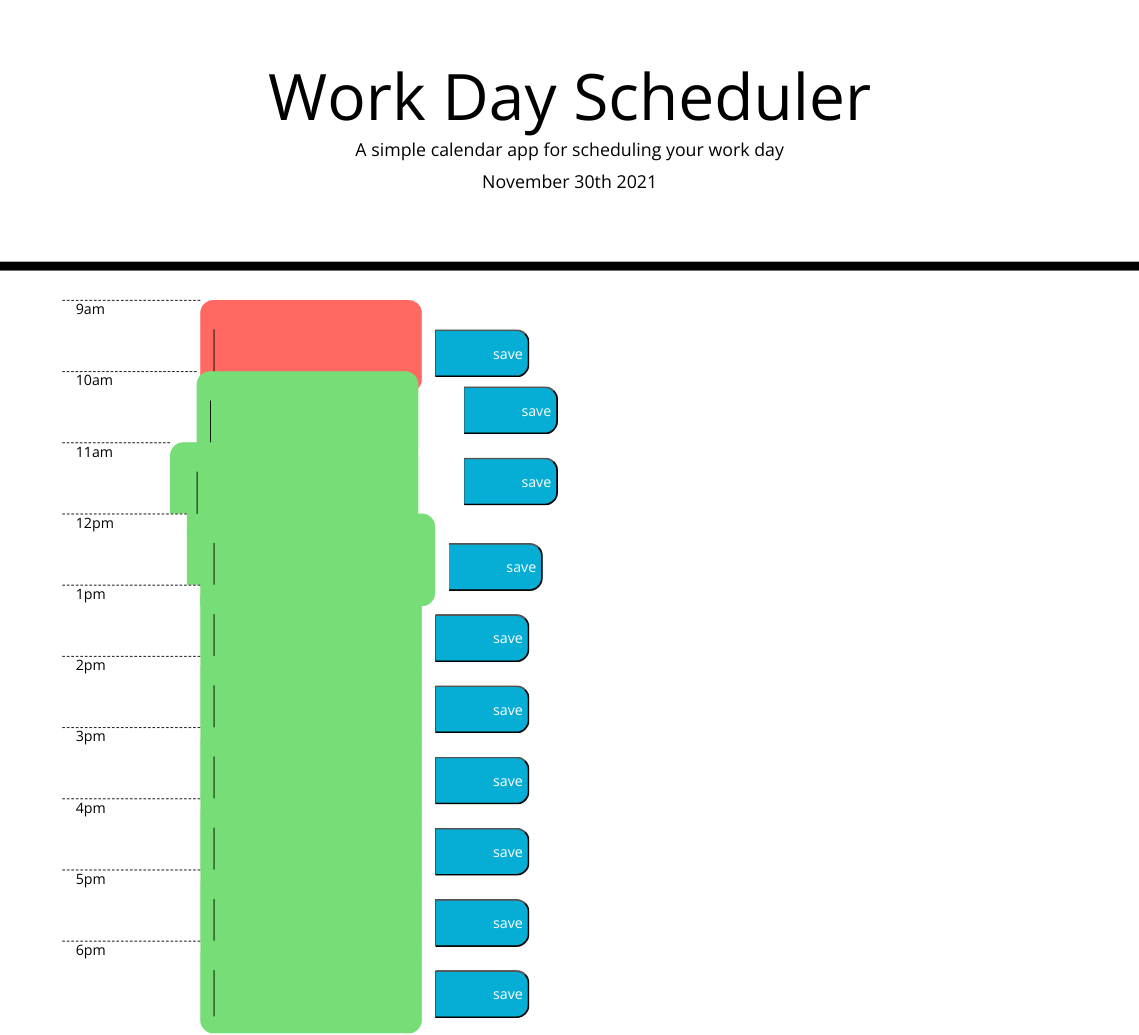
Repository: Naomilounsbury/work-day-scheduler
Page: index.html
These files come from the project's save history. The page is drawn as it stood at one moment and after the next save; the edit follows.
The browser window is 1280 px wide. The pictures show the whole page, at 89% of full size.
Some web libraries are served in a nearby version.

Above is the page before, as saved 2021-12-04 08:48:57.

### index.html
<!DOCTYPE html>
<html lang="en">
  <head>
    <meta charset="UTF-8" />
    <meta name="viewport" content="width=device-width, initial-scale=1.0" />
    <meta http-equiv="X-UA-Compatible" content="ie=edge" />
    <link
      rel="stylesheet"
      href="https://stackpath.bootstrapcdn.com/bootstrap/4.3.1/css/bootstrap.min.css"
    />
    <link
      rel="stylesheet"
      href="https://use.fontawesome.com/releases/v5.8.1/css/all.css"
      integrity="sha384-50oBUHEmvpQ+1lW4y57PTFmhCaXp0ML5d60M1M7uH2+nqUivzIebhndOJK28anvf"
      crossorigin="anonymous"
    />
    <link
      href="https://fonts.googleapis.com/css?family=Open+Sans&display=swap"
      rel="stylesheet"
    />
    <link rel="stylesheet" href="./assets/css/style.css" />
    <title>Work Day Scheduler</title>
  </head>

  <body>
    <header class="jumbotron">
      <h1 class="display-3">Work Day Scheduler</h1>
      <p class="lead">A simple calendar app for scheduling your work day</p>
      <p id="currentDay" class="lead"></p>
    </header>
    <div class="container">
      <!-- Timeblocks go here -->
      <table>
        <tr class="row ">
          <td class="hour col">9am</td>
          <td class="time-block col" id="9">
            <textarea id="btn9" type="text">

          </textarea>
          </td>
          <td class="col">
            <button class = "saveBtn" value="9" onclick=onSave(event)>
              save
            </button>
          </td>
        </tr>
        <tr class="row">
          <td class="hour col">10am</td>
          <td class="time-block col" id="10">
            <textarea id = "btn10">
            </textarea>
          </td>
          <td col>
            <button class = "saveBtn" value="10" onclick=onSave(event)>
              save
            </button>
          </td>
        </tr>
        <tr class="row">
          <td class="hour col">11am</td>
          <td class="time-block col-6" id="11">
            <textarea>
            </textarea>
          </td>
          <td col>
            <button class = "saveBtn" value="11" onclick=onSave(event)>
              save
            </button>
          </td>
        </tr>
        <tr class="row">
          <td class="hour col">12pm</td>
          <td class="time-block col-6" id="12">
            <textarea>
            </textarea>
          </td>
          <td class="col">
            <button class = "saveBtn" value="12" onclick=onSave(event)>
              save
            </button>
          </td>
        </tr>
        <tr class="row">
          <td class="hour col">1pm</td>
          <td class="time-block col" id="13">
            <textarea>
            </textarea>
          </td>
          <td class="col">
            <button class = "saveBtn" value="13" onclick=onSave(event)>
              save
            </button>
          </td>
        </tr>
        <tr class="row">
          <td class="hour col">2pm</td>
          <td class="time-block col" id="14">
            <textarea>
            </textarea>
          </td>
          <td class="col">
            <button class="saveBtn" value="14" onclick=onSave(event)>
              save
            </button>
          </td>
        </tr>
        <tr class="row">
          <td class="hour col">3pm</td>
          <td class="time-block col" id="15">
          <textarea>
          </textarea>
          </td>
          <td class="col">
            <button class = "saveBtn" value="15" onclick=onSave(event)>
              save
            </button>
          </td>
        </tr>
        <tr class="row">
          <td class="hour col">4pm</td>
          <td class="time-block col" id="16">
            <textarea>
            </textarea>
          </td>
          <td class= "col">
            <button class = "saveBtn" value="16" onclick=onSave(event)>
              save
            </button>
          </td>
        </tr>
        <tr class="row">
          <td class="hour col">5pm</td>
          <td class="time-block col" id="17">
            <textarea>
            </textarea>
          </td>
          <td class="col">
            <button class = "saveBtn" value="17" onclick=onSave(event)>
              save
            </button>
          </td>
        </tr>
        <tr class="row">
          <td class="hour col">6pm</td>
          <td class="time-block col" id="18">
            <textarea>
            </textarea>
          </td>
          <td class="col">
            <button class = "saveBtn" value="18" onclick=onSave(event)>
              save
            </button>
          </td>
        </tr>
      </table>
    </div>

    <script src="https://code.jquery.com/jquery-3.4.1.min.js"></script>
    <script src="https://cdnjs.cloudflare.com/ajax/libs/moment.js/2.24.0/moment.min.js"></script>
    <script src="assets/js/script.js"></script>
</body>
</html>

### assets/css/style.css
body {
  font-family: 'Open Sans', sans-serif;
  font-size: 16px;
  line-height: 1;
}

textarea{
  background: transparent;
  border: none;
  resize: none;
  color: #000000;
  border-left: 1px solid black;
  padding: 10px;
}

.jumbotron {
  text-align: center;
  background-color: transparent;
  color: black;
  border-radius: 0;
  border-bottom: 10px solid black;
}

.description{
  white-space: pre-wrap;
}

.time-block{
  text-align: center;
  border-radius: 15px;
}

.row {
  white-space: pre-wrap;
  height: 80px;
  border-top: 1px solid white;;
}

.hour {
  background-color: #ffffff;
  color: #000000;
  border-top: 1px dashed #000000;
}

.past {
  background-color: #d3d3d3;
  color: white;
}

.present {
  background-color: #ff6961;
  color: white;
}

.future {
  background-color: #77dd77;
  color: white;
}

.saveBtn {
  border-left: 1px solid black;
  border-top-right-radius: 15px;
  border-bottom-right-radius: 15px;
  background-color: #06AED5;
  color: white;
}

.saveBtn i:hover {
  font-size: 20px;
  transition: all .3s ease-in-out;
}

### assets/js/script.js
//using moment to get the current time
currentTime = moment();
//connected it to the current day spot in the html
currentDayEl = document.querySelector("#currentDay");
var displayDate = currentTime.format('MMMM Do YYYY');
//var saveBtns = document.querySelectorAll(".saveBtn");
//backticks are a way of adding dynamic things into a string when used with a dollar sign


currentDayEl.innerText = displayDate
//going to get my timeblock element
timeBlockEl = document.querySelectorAll(".time-block");
//made a function called checkTime to check the current time to compare with the time on the scheduler
var checkTime = function(currentEl){
    //will maybe hit a block because will use 24 hours as ids but if the current time that I chose from moment is 12 hours they wont match up
    var timeBlock = moment().hour(parseInt(currentEl.id))
    console.log(timeBlock)
    //if the block hour id is less than the current time hour we return the class name past
    if (timeBlock.hour() < currentTime.hour()){
        return "past"
    }
    if (timeBlock.hour() > currentTime.hour()){
        return "future"
    }
    if (timeBlock.hour()=== currentTime.hour()){
        return "present"
    }

    //if element is in the past return past
    //if element is in the future return future
    //if element is in the present return present
}
for(i=0; i<=timeBlockEl.length-1; i++){
    //timeblock elements already have the class timeblock. If we just replaced the class with future or present
    //it would erase the class, so we want to add to the class
    //check time returns the new class
    //this creates regular time-block class with past future or present added to it. like when it returns past = "time-block past"

    timeBlockEl[i].className = timeBlockEl[i].className + " " + checkTime(timeBlockEl[i])
console.log(checkTime(timeBlockEl[i]))
}
//we need a function to show us whats happening using the word on because it runs on an event
var onSave = function(event){
    console.log(event.target)
    //so I couldn't figure out why it wasn't pulling the value of the textarea
    //so we looked at w3schools and they said add a .value which honestly should have been intuitive
    //we are using backticks here hecause we want to dynamically change the id and if they click on 10, we want the id to reflect number 10
    //inside the ${} is code that will later be evaulated to a string depending on the button clicked
    console.log(document.querySelector(`#btn${event.target.value}`).value)
    if(document.querySelector(`#btn${event.target.value}`).value){
        //originally put event.target.id but then we realized we didn't have a id on the freaken button but
        //what we did have was a value so we did .value
        var timeBlockEvent = document.querySelector(`#btn${event.target.value}`).value
        localStorage.setItem(`${event.target.value}`, timeBlockEvent)

    }

}
document.querySelector(".saveBtn");

// saveData.addEventListener("click", function () {
//     var i = textarea.value
//     console.log()
//     var object = {
//         //key value pair, key being the name of the property within the object, the value being the actual data or content
//         hour: hour, text: text

//     }
    //pushing my scores onto my array
    // highScores.push(object)
    // //making my high scores object into a string
    // localStorage.setItem("highScores", JSON.stringify(highScores))

After the next save:
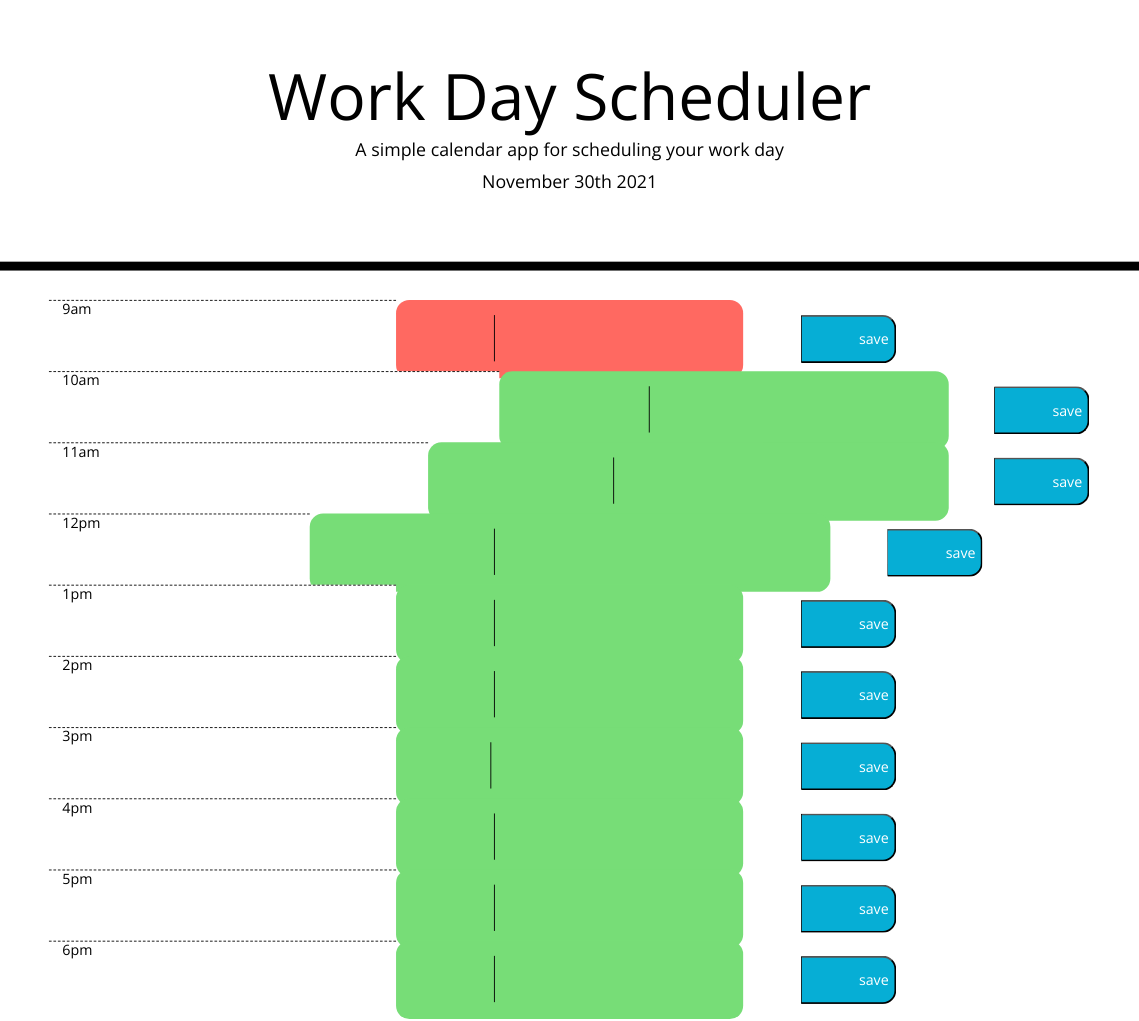
Saved 44 min 58 s later.
--- a/index.html
+++ b/index.html
@@ -28,9 +28,9 @@
       <p class="lead">A simple calendar app for scheduling your work day</p>
       <p id="currentDay" class="lead"></p>
     </header>
-    <div class="container">
+    <div class>
       <!-- Timeblocks go here -->
-      <table>
+      <table class = "container">
         <tr class="row ">
           <td class="hour col">9am</td>
           <td class="time-block col" id="9">
